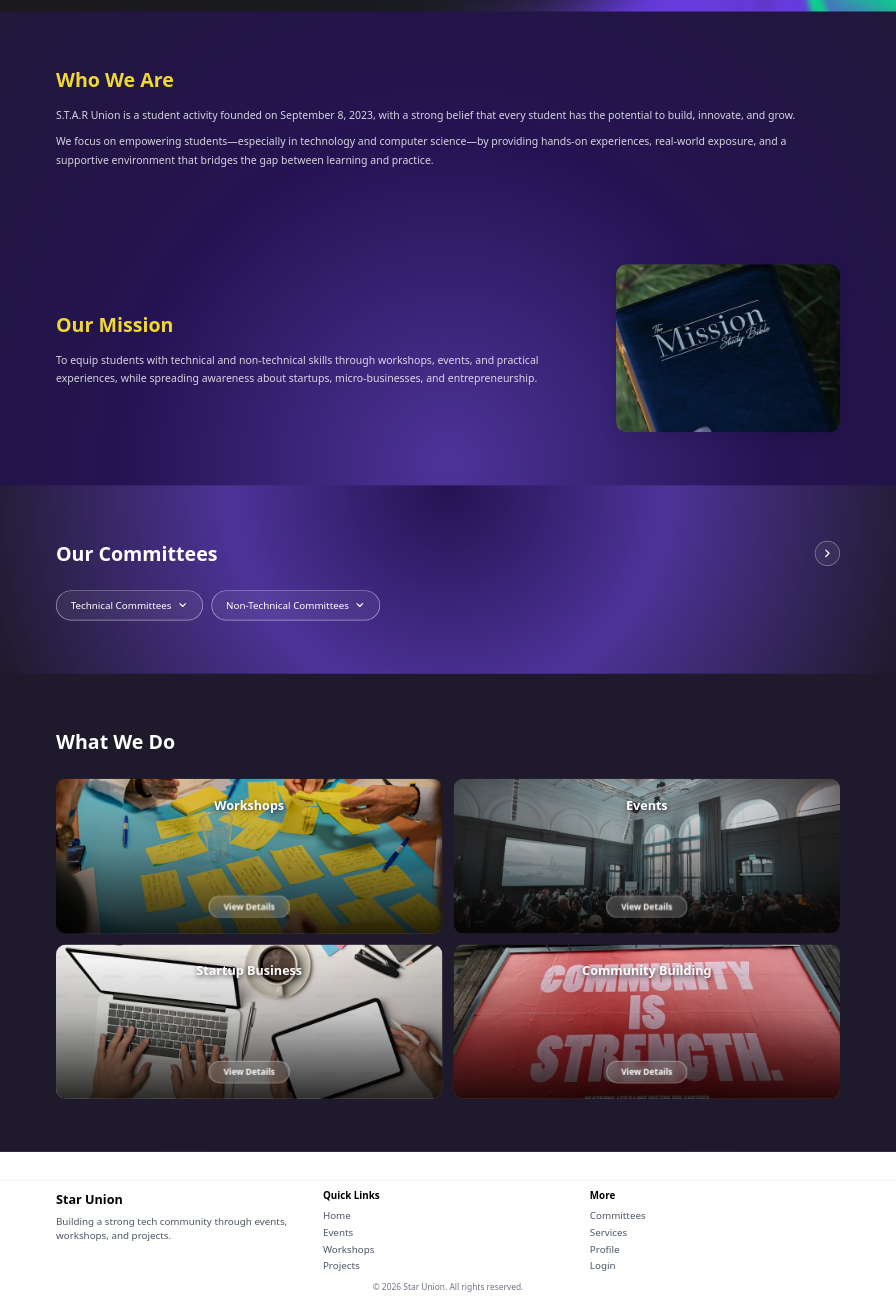
Repository: Frontend-Committee/StarUnion-Website
Page: /about
These files come from the project's save history. The page is drawn as it stood at one moment and after the next save; the edit follows.
The browser window is 1280 px wide. The pictures show the part of the page from y = 379 to 2299 px (the page is 2241 px tall before and 2628 px after), at 70% of full size.
The project was rebuilt for these pictures with package versions that can differ from the ones it lists, and the page was loaded fresh each time. Also part of the build but not shown: vite.config.js, src/features/home/pages/HomePage.jsx.

Above is the page before, as saved 2026-02-25 05:45:32.

After the next save:
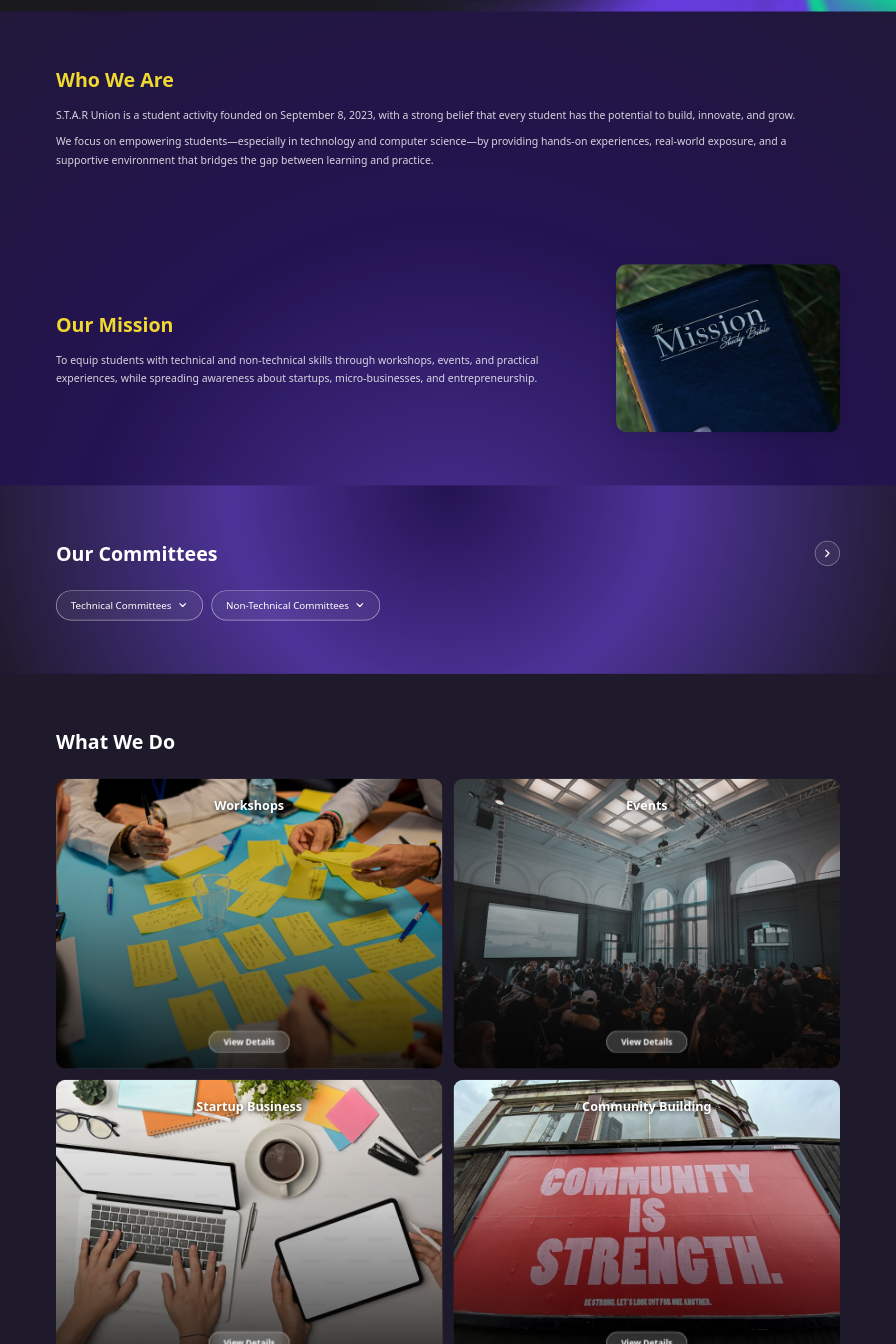
Saved 7 s later.
--- a/src/features/about/pages/AboutUsPage.jsx
+++ b/src/features/about/pages/AboutUsPage.jsx
@@ -155,7 +155,7 @@ function ActivityCard({ image, title }) {
         position: "relative",
         overflow: "hidden",
         borderRadius: "14px",
-        aspectRatio: "1 / 0.4",
+        aspectRatio: "1 / 0.75",
         cursor: "pointer",
       }}
       className="group"
